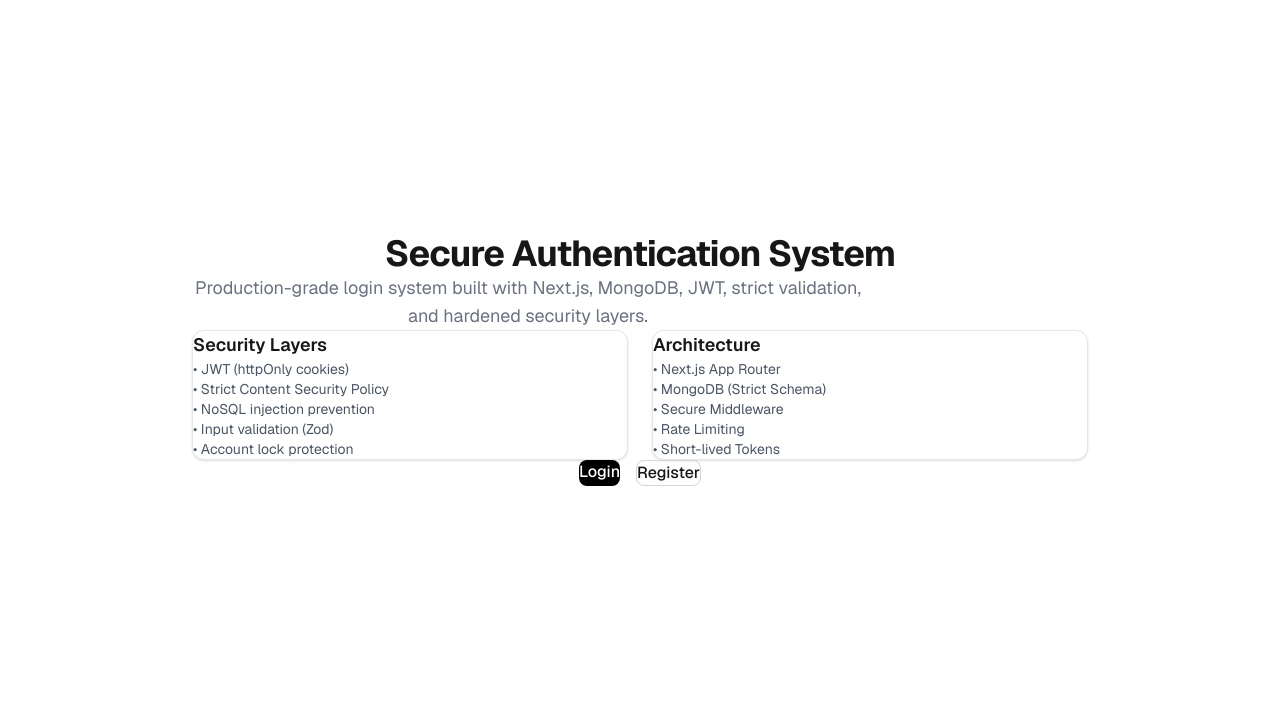
Repository: swastikjhacoder/secure-auth-app
Page: /
The author's editor kept a copy of each file at every save. The page is drawn from the files as they stood at one save, then again after the next save.
The browser window is 1280 px wide. The pictures show the whole page.
The project was rebuilt for these pictures with package versions that can differ from the ones it lists, and the page was loaded fresh each time. The framework's server and built-in components were replaced by stand-ins that run in the browser. Also part of the build but not shown: next.config.mjs.

Above is the page before, as saved 2026-03-02 12:44:26.

### src/app/layout.js
import { Geist, Geist_Mono } from "next/font/google";
import "./globals.css";

const geistSans = Geist({
  variable: "--font-geist-sans",
  subsets: ["latin"],
  display: "swap",
});

const geistMono = Geist_Mono({
  variable: "--font-geist-mono",
  subsets: ["latin"],
  display: "swap",
});

export const metadata = {
  title: {
    default: "Secure Auth App",
    template: "%s | Secure Auth App",
  },
  description: "Production-grade secure authentication system",
  metadataBase: new URL("http://localhost:3000"),
  robots: {
    index: false,
    follow: false,
  },
};

export default function RootLayout({ children }) {
  return (
    <html lang="en" suppressHydrationWarning>
      <body
        className={`
          ${geistSans.variable}
          ${geistMono.variable}
          font-sans
          antialiased
          min-h-screen
        `}
      >
        {children}
      </body>
    </html>
  );
}

### src/app/page.js
import Link from "next/link";

export default function Home() {
  return (
    <div className="min-h-screen flex items-center justify-center bg-background text-foreground px-6">
      <div className="w-full max-w-4xl space-y-10 text-center">
        <div className="space-y-4">
          <h1 className="text-4xl font-bold tracking-tight">
            Secure Authentication System
          </h1>
          <p className="text-lg text-gray-500 dark:text-gray-400 max-w-2xl mx-auto">
            Production-grade login system built with Next.js, MongoDB, JWT,
            strict validation, and hardened security layers.
          </p>
        </div>

        <div className="grid gap-6 sm:grid-cols-2 text-left">
          <div className="p-6 rounded-xl border border-gray-200 dark:border-gray-800 bg-white dark:bg-zinc-900 shadow-sm">
            <h3 className="font-semibold text-lg mb-2">Security Layers</h3>
            <ul className="text-sm space-y-2 text-gray-600 dark:text-gray-400">
              <li>• JWT (httpOnly cookies)</li>
              <li>• Strict Content Security Policy</li>
              <li>• NoSQL injection prevention</li>
              <li>• Input validation (Zod)</li>
              <li>• Account lock protection</li>
            </ul>
          </div>

          <div className="p-6 rounded-xl border border-gray-200 dark:border-gray-800 bg-white dark:bg-zinc-900 shadow-sm">
            <h3 className="font-semibold text-lg mb-2">Architecture</h3>
            <ul className="text-sm space-y-2 text-gray-600 dark:text-gray-400">
              <li>• Next.js App Router</li>
              <li>• MongoDB (Strict Schema)</li>
              <li>• Secure Middleware</li>
              <li>• Rate Limiting</li>
              <li>• Short-lived Tokens</li>
            </ul>
          </div>
        </div>

        <div className="flex justify-center gap-4 pt-4">
          <Link
            href="/login"
            className="px-6 py-3 rounded-lg bg-black text-white dark:bg-white dark:text-black font-medium transition hover:opacity-90"
          >
            Login
          </Link>

          <Link
            href="/register"
            className="px-6 py-3 rounded-lg border border-gray-300 dark:border-gray-700 font-medium transition hover:bg-gray-100 dark:hover:bg-zinc-800"
          >
            Register
          </Link>
        </div>
      </div>
    </div>
  );
}

### src/app/globals.css
@import "tailwindcss";

:root {
  --background: #ffffff;
  --foreground: #171717;
}

@media (prefers-color-scheme: dark) {
  :root {
    --background: #0a0a0a;
    --foreground: #ededed;
  }
}

@theme inline {
  --color-background: var(--background);
  --color-foreground: var(--foreground);
  --font-sans: var(--font-geist-sans);
  --font-mono: var(--font-geist-mono);
}

* {
  box-sizing: border-box;
  margin: 0;
  padding: 0;
}

body {
  background: var(--background);
  color: var(--foreground);
  font-family: var(--font-geist-sans), system-ui, sans-serif;
  min-height: 100vh;
  text-rendering: optimizeLegibility;
  -webkit-font-smoothing: antialiased;
}

html, body {
  overflow-x: hidden;
}

After the next save:
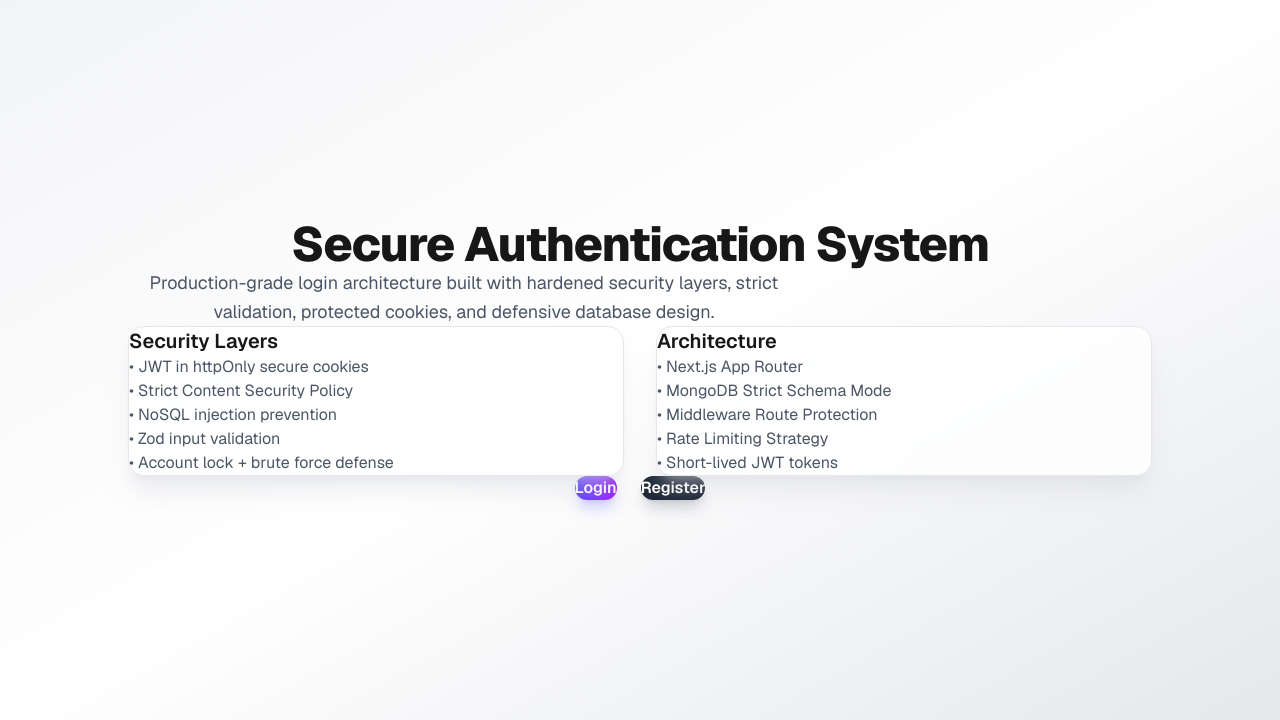
Saved 5 min 7 s later.
--- a/src/app/page.js
+++ b/src/app/page.js
@@ -2,53 +2,73 @@ import Link from "next/link";
 
 export default function Home() {
   return (
-    <div className="min-h-screen flex items-center justify-center bg-background text-foreground px-6">
-      <div className="w-full max-w-4xl space-y-10 text-center">
-        <div className="space-y-4">
-          <h1 className="text-4xl font-bold tracking-tight">
+    <div className="min-h-screen bg-gradient-to-br from-gray-100 via-white to-gray-200 dark:from-black dark:via-zinc-900 dark:to-black flex items-center justify-center px-6 py-16">
+      <div className="w-full max-w-5xl space-y-14">
+        {/* Hero Section */}
+        <div className="text-center space-y-6">
+          <h1 className="text-5xl font-extrabold tracking-tight">
             Secure Authentication System
           </h1>
-          <p className="text-lg text-gray-500 dark:text-gray-400 max-w-2xl mx-auto">
-            Production-grade login system built with Next.js, MongoDB, JWT,
-            strict validation, and hardened security layers.
+
+          <p className="text-lg text-gray-600 dark:text-gray-400 max-w-2xl mx-auto leading-relaxed">
+            Production-grade login architecture built with hardened security
+            layers, strict validation, protected cookies, and defensive database
+            design.
           </p>
         </div>
 
-        <div className="grid gap-6 sm:grid-cols-2 text-left">
-          <div className="p-6 rounded-xl border border-gray-200 dark:border-gray-800 bg-white dark:bg-zinc-900 shadow-sm">
-            <h3 className="font-semibold text-lg mb-2">Security Layers</h3>
-            <ul className="text-sm space-y-2 text-gray-600 dark:text-gray-400">
-              <li>• JWT (httpOnly cookies)</li>
+        {/* Feature Cards */}
+        <div className="grid gap-8 md:grid-cols-2">
+          {/* Security Card */}
+          <div className="p-8 rounded-2xl bg-white/80 dark:bg-zinc-900/70 backdrop-blur-md border border-gray-200 dark:border-zinc-800 shadow-xl shadow-gray-300/40 dark:shadow-black/40 transition hover:scale-[1.02] duration-300">
+            <h3 className="text-xl font-semibold mb-4">Security Layers</h3>
+
+            <ul className="space-y-3 text-gray-600 dark:text-gray-400">
+              <li>• JWT in httpOnly secure cookies</li>
               <li>• Strict Content Security Policy</li>
               <li>• NoSQL injection prevention</li>
-              <li>• Input validation (Zod)</li>
-              <li>• Account lock protection</li>
+              <li>• Zod input validation</li>
+              <li>• Account lock + brute force defense</li>
             </ul>
           </div>
 
-          <div className="p-6 rounded-xl border border-gray-200 dark:border-gray-800 bg-white dark:bg-zinc-900 shadow-sm">
-            <h3 className="font-semibold text-lg mb-2">Architecture</h3>
-            <ul className="text-sm space-y-2 text-gray-600 dark:text-gray-400">
+          {/* Architecture Card */}
+          <div className="p-8 rounded-2xl bg-white/80 dark:bg-zinc-900/70 backdrop-blur-md border border-gray-200 dark:border-zinc-800 shadow-xl shadow-gray-300/40 dark:shadow-black/40 transition hover:scale-[1.02] duration-300">
+            <h3 className="text-xl font-semibold mb-4">Architecture</h3>
+
+            <ul className="space-y-3 text-gray-600 dark:text-gray-400">
               <li>• Next.js App Router</li>
-              <li>• MongoDB (Strict Schema)</li>
-              <li>• Secure Middleware</li>
-              <li>• Rate Limiting</li>
-              <li>• Short-lived Tokens</li>
+              <li>• MongoDB Strict Schema Mode</li>
+              <li>• Middleware Route Protection</li>
+              <li>• Rate Limiting Strategy</li>
+              <li>• Short-lived JWT tokens</li>
             </ul>
           </div>
         </div>
 
-        <div className="flex justify-center gap-4 pt-4">
+        {/* CTA Buttons */}
+        <div className="flex justify-center gap-6 pt-4">
           <Link
             href="/login"
-            className="px-6 py-3 rounded-lg bg-black text-white dark:bg-white dark:text-black font-medium transition hover:opacity-90"
+            className="px-8 py-3 rounded-xl font-semibold text-white
+                       bg-gradient-to-r from-indigo-600 to-purple-600
+                       shadow-lg shadow-indigo-500/30
+                       hover:from-indigo-500 hover:to-purple-500
+                       hover:shadow-indigo-500/50
+                       transition-all duration-300"
           >
             Login
           </Link>
 
           <Link
             href="/register"
-            className="px-6 py-3 rounded-lg border border-gray-300 dark:border-gray-700 font-medium transition hover:bg-gray-100 dark:hover:bg-zinc-800"
+            className="px-8 py-3 rounded-xl font-semibold
+                       bg-gradient-to-r from-gray-800 to-gray-900
+                       text-white
+                       shadow-lg shadow-gray-500/30
+                       hover:from-gray-700 hover:to-black
+                       hover:shadow-gray-500/50
+                       transition-all duration-300"
           >
             Register
           </Link>
